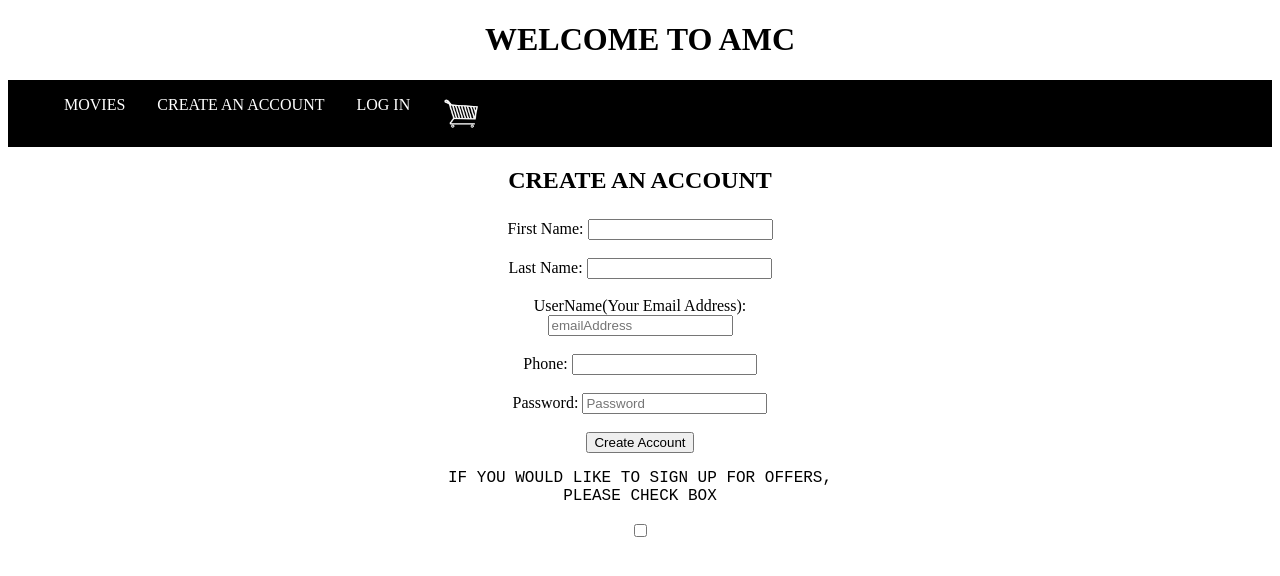
Repository: TagninaShama/CoreJavaJune2020
Page: http://localhost/FinalProject/addAccountForm
The author's editor kept a copy of each file at every save. The page is drawn from the files as they stood at one save, then again after the next save.
The browser window is 1280 px wide. The pictures show the whole page.
The page is served by Tomcat 9.

Above is the page before, as saved 2019-11-24 19:44:06.

After the next save:
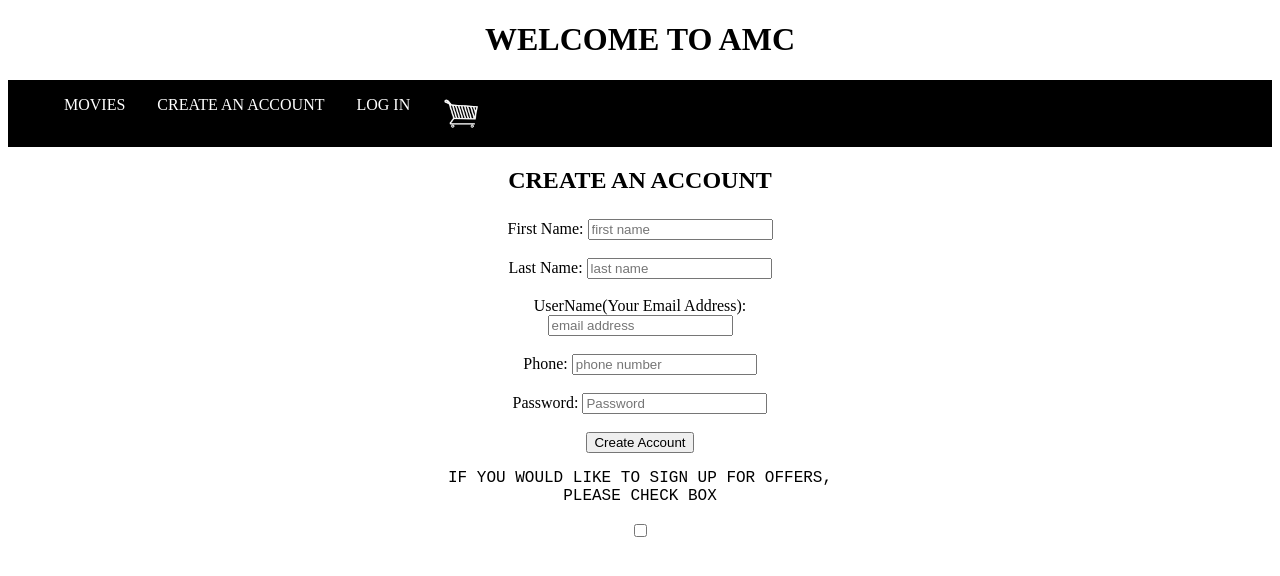
Saved 7 min 2 s later.
--- a/FinalProject/WebContent/CreateAccount.jsp
+++ b/FinalProject/WebContent/CreateAccount.jsp
@@ -23,16 +23,16 @@
 
 <form name=addForm action=AddAccount method=post>
 <label>First Name:</label>
-<input type="text" name="firstName"  value=""/>
+<input type="text" name="firstName"  value="" placeholder="first name" required/>
 <br><br>
 <label>Last Name:</label>
-<input type="text" name="lastName" value=""/>
+<input type="text" name="lastName" value="" placeholder="last name" required/>
 <br><br>
 <label>UserName(Your Email Address):</label>
-<input type ="text" name="emailAddress" placeholder="emailAddress" required>
+<input type ="text" name="emailAddress" placeholder="email address" required>
 <br><br>
 <label>Phone:</label>
-<input type="text" name="customerPhoneNo"  value=""/>
+<input type="text" name="customerPhoneNo"  value="" placeholder="phone number"/>
 <br><br>
 <label>Password:</label>
 <input type = "password" name="password" placeholder="Password" required>
